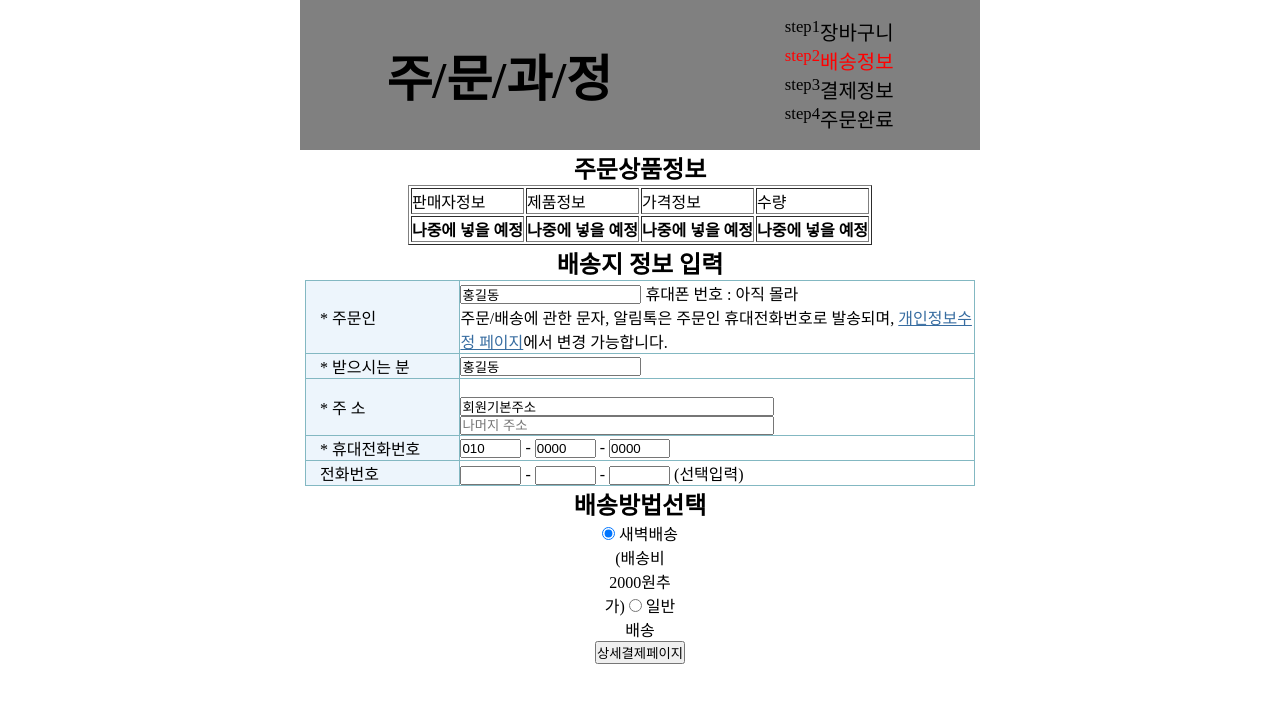
Repository: kym-1000/book
Page: http://localhost/book/WEB-INF/views/cart/ShippingInformation.jsp
An editor plug-in stored every save of this project. The page is shown before and after the next save, followed by the edit.
The browser window is 1280 px wide. The pictures show the whole page.
The page is served by Tomcat 9. Nobody is signed in. The template is opened directly, without the code that normally fills it, so the values that code supplies are empty.

Above is the page before, as saved 2023-01-02 05:28:32.

After the next save:
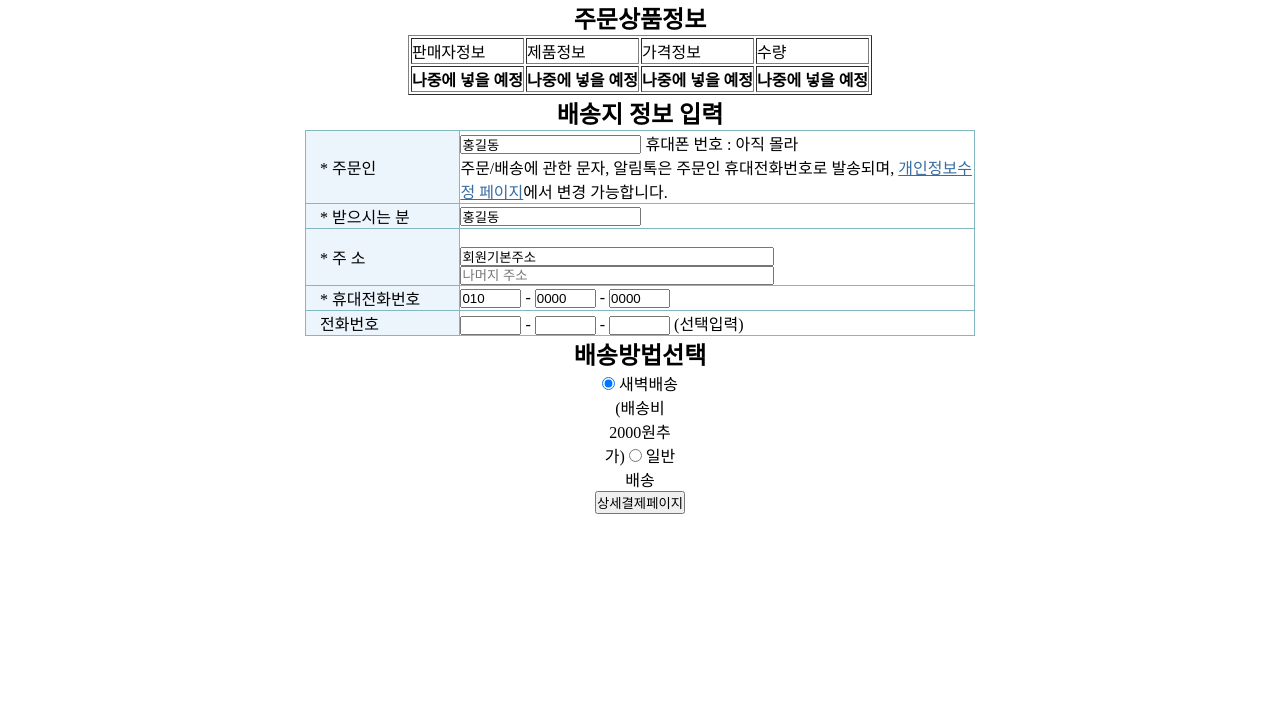
Saved 13 s later.
--- a/book/book/src/main/webapp/WEB-INF/views/cart/ShippingInformation.jsp
+++ b/book/book/src/main/webapp/WEB-INF/views/cart/ShippingInformation.jsp
@@ -13,18 +13,6 @@
 	*{
 		margin: auto;
 		padding: 0;
-		}
-
-
-	#pagetop{
-		margin-left: 300px;
-		margin-right: 300px;
-	    background-color: grey;
-	    font-size: 20px;
-		height: 150px;
-		display : flex;
-	  	/* justify-content : center; */
-	  	align-items : center;
 		}
 
 	#productinfo{
@@ -62,25 +50,7 @@
 </head>
 <body>
 
-	<div id="pagetop">
-		<h2 style="text-align: left; font-size: 50px">
-			주/문/과/정
-		</h2>
-		<div style="text-align: right;">
-		<div>
-		<sup>step1</sup>장바구니
-		</div>
-		<div style="color: red">
-		<sup>step2</sup>배송정보
-		</div>
-		<div>
-		<sup>step3</sup>결제정보
-		</div>
-		<div>
-		<sup>step4</sup>주문완료
-		</div>
-		</div>
-	</div>
+
 
 		<h2 style="text-align: center;">
 			주문상품정보
